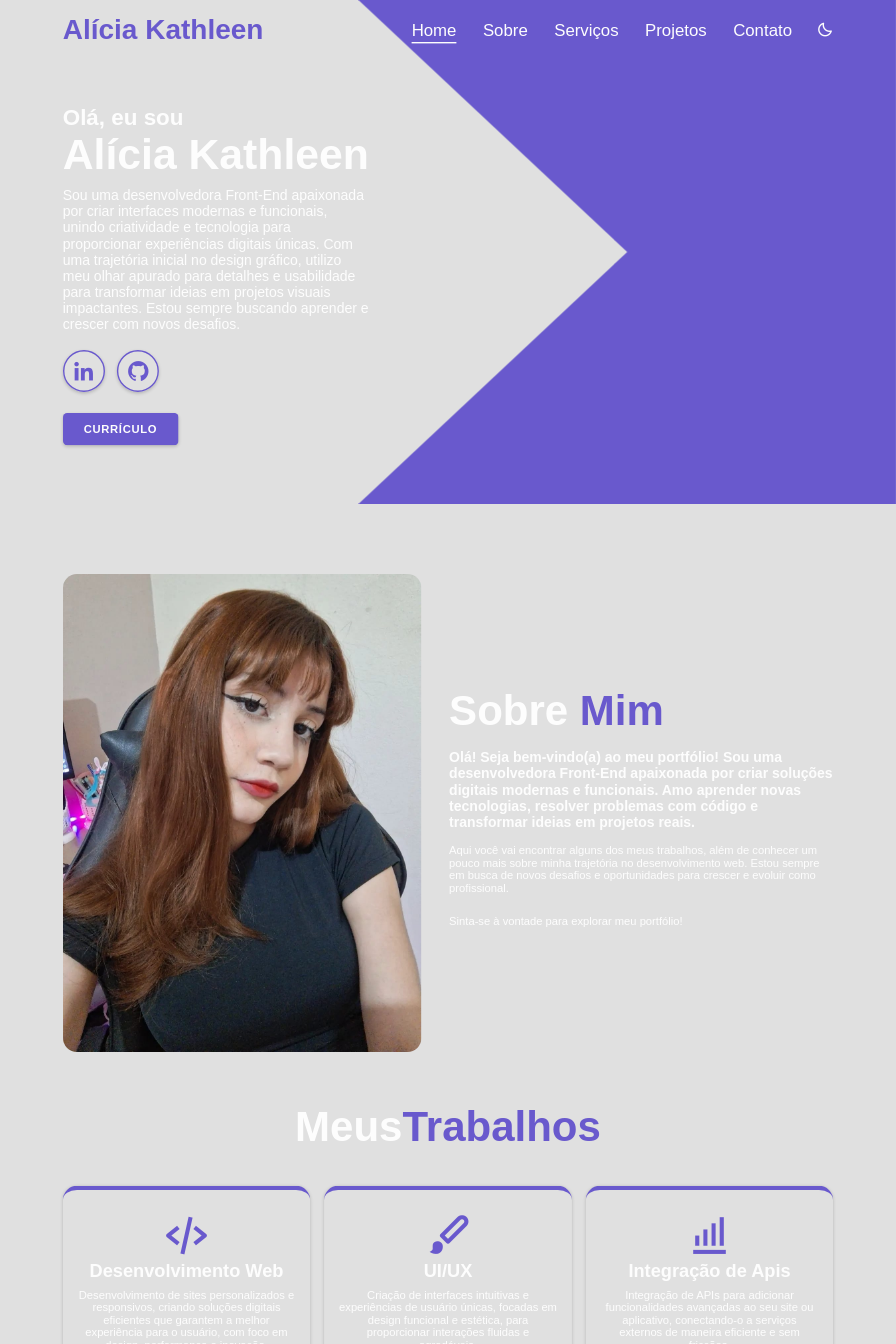
Repository: AliciaKathleen/portfolio-2025
Page: index.html
An editor plug-in stored every save of this project. The page is shown before and after the next save, followed by the edit.
The browser window is 1280 px wide. The pictures show the part of the page from y = 0 to 1920 px (the page is 3946 px tall), at 70% of full size.

Above is the page before, as saved 2025-01-27 16:46:13.
Console error: TypeError: Cannot read properties of null (reading 'classList')

After the next save:
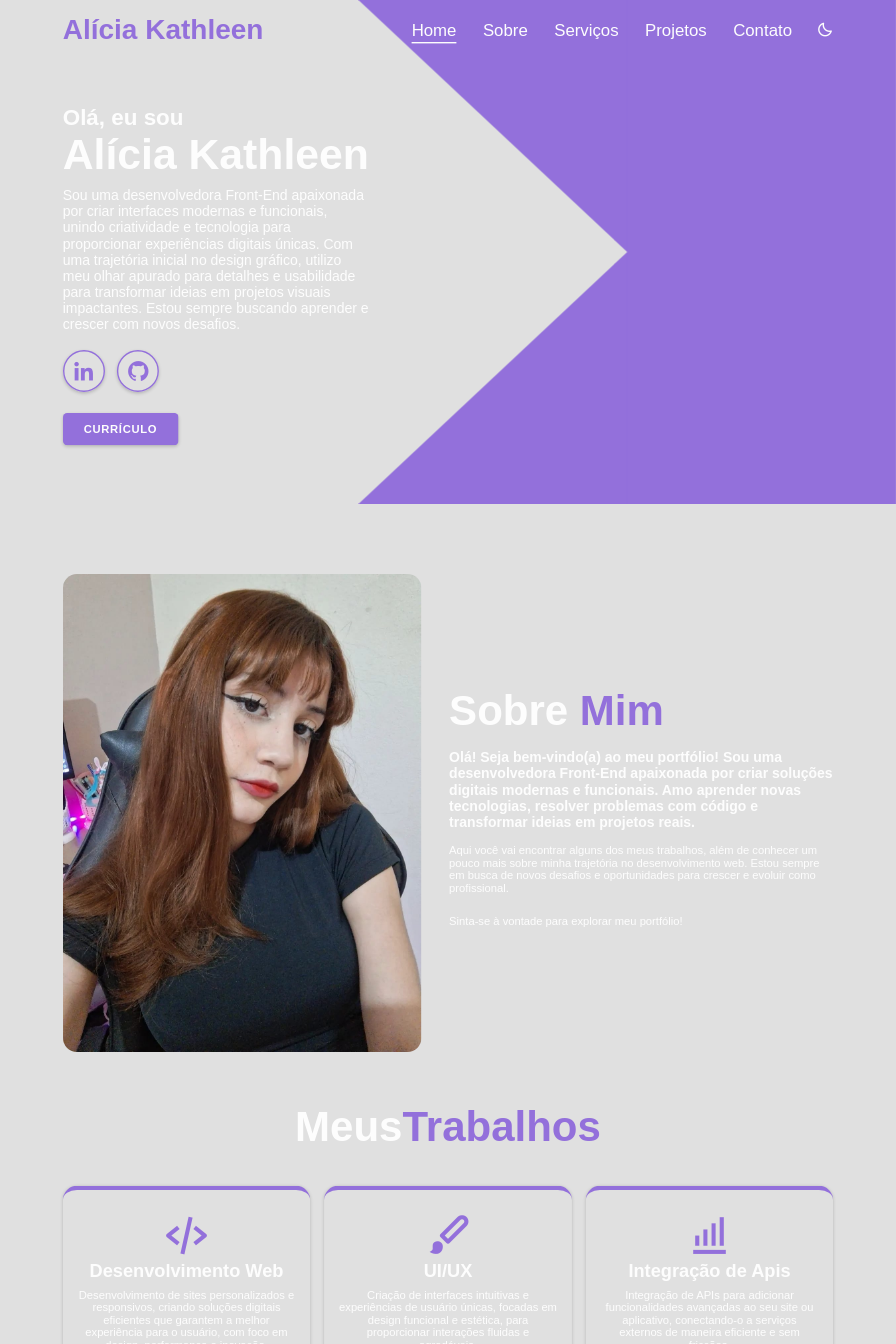
Saved 24 s later.
--- a/style.css
+++ b/style.css
@@ -12,7 +12,7 @@
 :root {
     --bg-color: #E0E0E0;
     --text-color: #fdfdfd;
-    --main-color: #6959CD;
+    --main-color: #9370DB;
     --white-color: #fdfdfd;
     --shadow-color: rgba(0, 0, 0, .2);
 }
